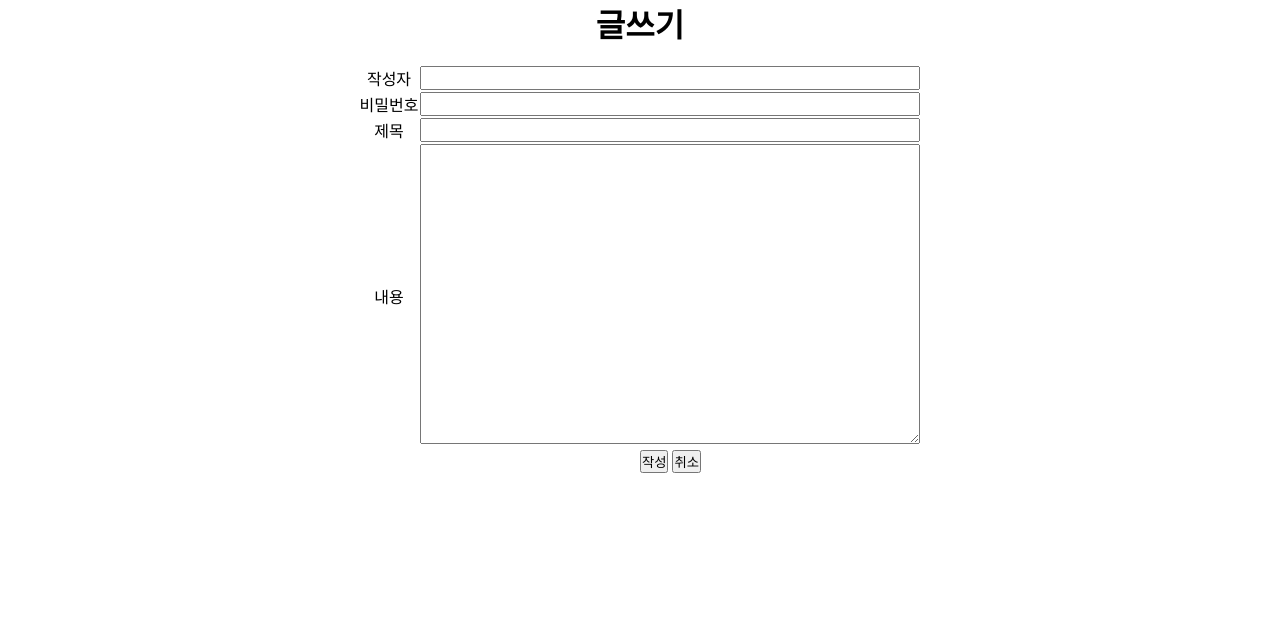
Repository: 1plus1equals3-true/Board-temp
Page: http://localhost/jsp/board/write.jsp
These files come from the project's save history. The page is drawn as it stood at one moment and after the next save; the edit follows.
The browser window is 1280 px wide. The pictures show the whole page.
The page is served by Tomcat 9. Other server files are loaded and not shown.

Above is the page before, as saved 2025-09-10 01:18:03.

### jsp/src/main/webapp/board/write.jsp
<%@ page language="java" contentType="text/html; charset=UTF-8"
    pageEncoding="UTF-8"%>
<!DOCTYPE html>
<html>
<head>
<meta charset="UTF-8">
<title>쓰기</title>
<style>
*{
	margin: 0 auto;
	padding: 0;
	text-align: center;
	box-sizing: border-box;
}
input[type=text] {
	text-align:left;
	width: 500px;
	height: 20px;
	padding: 10px;
}
.text {
	text-align:left;
	width: 500px;
	height: 300px;
	padding: 10px;
}
</style>
</head>
<body>

<h1>글쓰기</h1><br>
<form action="write_proc.jsp" method="get" class="write-form">
	<table>

		<tr>
			<td>작성자</td>
			<td><input type="text" name="writeid"></td>
		</tr>
		<tr>
			<td>비밀번호</td>
			<td><input type="text" name="writepass"></td>
		</tr>
		<tr>
			<td>제목</td>
			<td><input type="text" name="writetitle"></td>
		</tr>
		<tr>
			<td>내용</td>
			<td>
				<textarea class="text" name="writetext"></textarea>
			</td>
		</tr>
		<tr>
			<td></td>
			<td>
				<input type="submit" value="작성">
				<a href="list.jsp"><button type="button">취소</button></a>
			</td>
		</tr>

	</table>
</form>

</body>
</html>

After the next save:
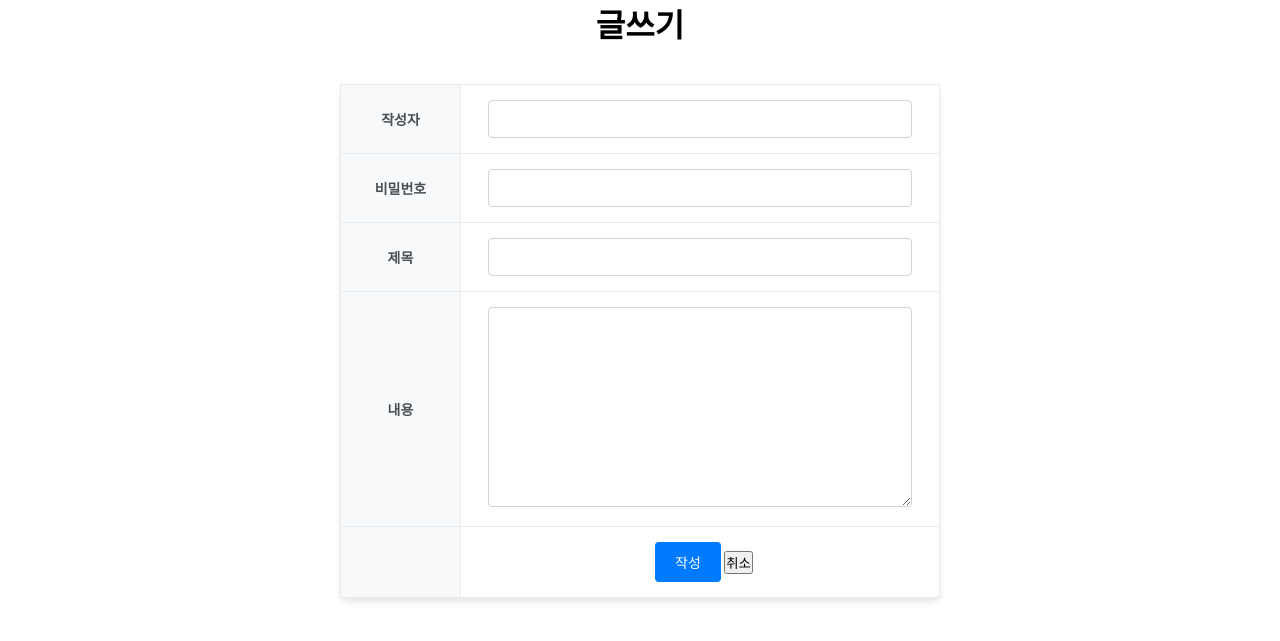
Saved 19 s later.
--- a/jsp/src/main/webapp/board/write.jsp
+++ b/jsp/src/main/webapp/board/write.jsp
@@ -12,17 +12,82 @@
 	text-align: center;
 	box-sizing: border-box;
 }
-input[type=text] {
-	text-align:left;
-	width: 500px;
-	height: 20px;
-	padding: 10px;
+.write-form table {
+    width: 100%;
+    border-collapse: collapse;
+    font-size: 14px;
+    margin: 20px auto;
+    max-width: 600px;
+    background-color: #fff;
+    border: 1px solid #dee2e6;
+    border-radius: 8px;
+    box-shadow: 0 4px 6px rgba(0, 0, 0, 0.1);
 }
-.text {
-	text-align:left;
-	width: 500px;
-	height: 300px;
-	padding: 10px;
+
+.write-form td {
+    padding: 15px;
+    border: 1px solid #e9ecef;
+}
+
+.write-form td:first-child {
+    background-color: #f8f9fa;
+    font-weight: bold;
+    color: #495057;
+    text-align: center;
+    width: 120px;
+}
+
+.write-form input[type="text"],
+.write-form textarea {
+    width: calc(100% - 24px);
+    padding: 10px 12px;
+    border: 1px solid #ced4da;
+    border-radius: 4px;
+    font-size: 14px;
+    box-sizing: border-box;
+}
+
+.write-form textarea {
+    height: 200px;
+    resize: vertical;
+}
+
+.write-form .button-container {
+    text-align: right;
+}
+
+.write-form input[type="submit"],
+.write-form .btn-cancel {
+    padding: 10px 20px;
+    border: none;
+    border-radius: 4px;
+    font-size: 14px;
+    cursor: pointer;
+    transition: background-color 0.3s ease;
+    margin-left: 8px;
+}
+
+.write-form input[type="submit"] {
+    background-color: #007bff;
+    color: white;
+}
+
+.write-form input[type="submit"]:hover {
+    background-color: #0056b3;
+}
+
+.write-form .btn-cancel {
+    background-color: #6c757d;
+    color: white;
+}
+
+.write-form .btn-cancel:hover {
+    background-color: #5a6268;
+}
+
+/* a 태그 안에 button을 넣었을 때 스타일 */
+.write-form a {
+    text-decoration: none;
 }
 </style>
 </head>
